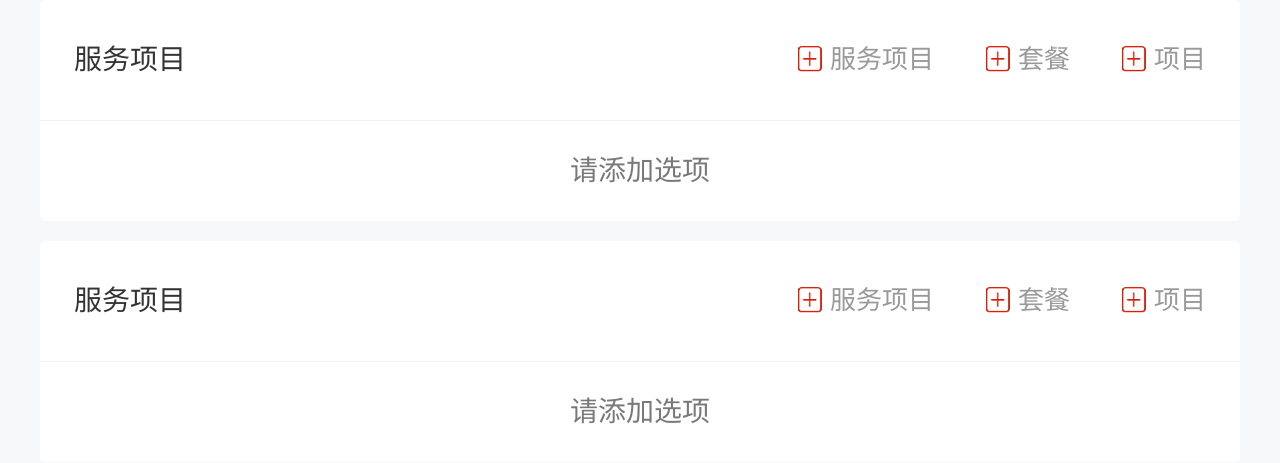
Repository: family-car/car
Page: maintenance.html
An editor plug-in stored every save of this project. The page is shown before and after a run of saves, followed by the edit.
The browser window is 1280 px wide. The pictures show the whole page.

Above is the page before, as saved 2020-05-12 20:46:04.

After the next 2 saves:
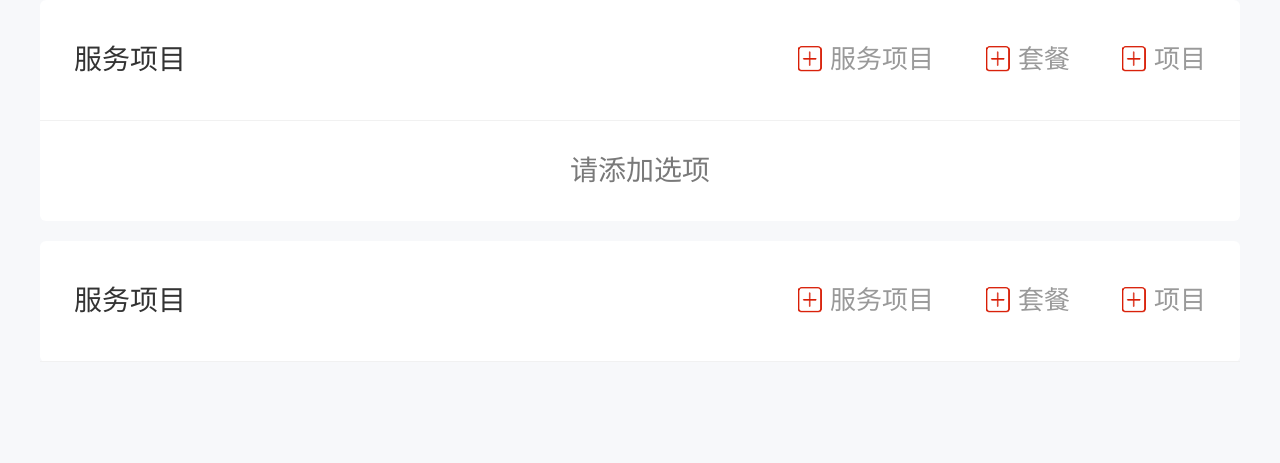
The 2 saves are shown as one change because they came seconds apart.
The last was saved 83 s later.
--- a/maintenance.html
+++ b/maintenance.html
@@ -40,7 +40,10 @@
                     <li class="fr serviceP_title_right"><img src="src/image/small_add.png"/>套餐</li>
                     <li class="fr serviceP_title_right"><img src="src/image/small_add.png"/>服务项目</li>
                 </ul>
-                <p>请添加选项</p>
+                <div class="serviceProject_con">
+
+                </div>
+
            </div>
         </div>
     </div>
